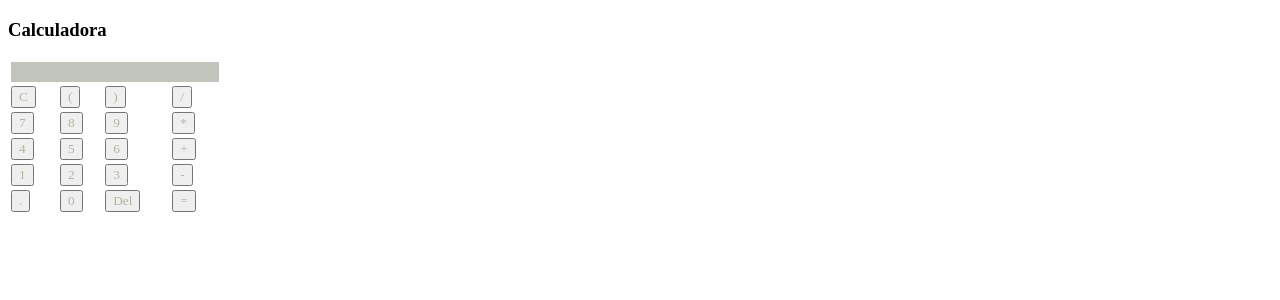
Repository: ServerK001/CalcJsVanilha
Page: index.html
An editor plug-in stored every save of this project. The page is shown before and after a run of saves, followed by the edit.
The browser window is 1280 px wide. The pictures show the whole page.
Some web fonts or font styles are not loaded; a fallback is used.

Above is the page before, as saved 2022-02-14 08:38:21.

### index.html
<!DOCTYPE html>
<html lang="pt-br">
<head>
    <meta charset="UTF-8">
    <meta http-equiv="X-UA-Compatible" content="IE=edge">
    <meta name="viewport" content="width=device-width, initial-scale=1.0">
    <script src="index.js" ></script>
    <link rel="stylesheet" href="style.css">
    <link href="//db.onlinewebfonts.com/c/bbfde24114f6f7cc0f421651e88bbca7?family=Unibody+8" rel="stylesheet" type="text/css"/>

    <title>Calculadora</title>
</head>
<body>

        <section class="conteiner">
            <h3>Calculadora</h3>

            <table class="calculadora">
                <tr>
                    <td colspan="4"><input type="text" class="display"></td>
                </tr>

                <tr>
                    <td><button class="btn btn-clear">C</button></td>
                    <td><button class="btn btn-num">(</button></td>
                    <td><button class="btn btn-num">)</button></td>
                    <td><button class="btn btn-num">/</button></td>
                </tr>

                <tr>
                    <td><button class="btn btn-num">7</button></td>
                    <td><button class="btn btn-num">8</button></td>
                    <td><button class="btn btn-num">9</button></td>
                    <td><button class="btn btn-num">*</button></td>
                </tr>
                <tr>
                    <td><button class="btn btn-num">4</button></td>
                    <td><button class="btn btn-num">5</button></td>
                    <td><button class="btn btn-num">6</button></td>
                    <td><button class="btn btn-num">+</button></td>
                </tr>
                <tr>
                    <td><button class="btn btn-num">1</button></td>
                    <td><button class="btn btn-num">2</button></td>
                    <td><button class="btn btn-num">3</button></td>
                    <td><button class="btn btn-num">-</button></td>
                </tr>
                <tr>
                    <td><button class="btn btn-num">.</button></td>
                    <td><button class="btn btn-num">0</button></td>
                    <td><button class="btn btn-del">Del</button></td>
                    <td><button class="btn btn-num">=</button></td>
                </tr>

            </table>

        </section>

</body>
</html>

### index.js
console.log('Olá mundo')

### style.css
:root{
    --btn: #b6b49f;
    --font-display:#435338;
    --displayBG:#c0c5bd;

    --bgCalc:#6c673f;


}

.display{
    font-size: 1rem;
    width: 100%;
    text-align: right;
    font-family: "Unibody 8";
    color: var(--font-display);
    background-color: var(--displayBG);

        border: none;
}

.btn{
    font-family: "Unibody 8";
    color:var(--btn)
}
.calculadora{
    background-color: var();
}

After the next 2 saves:
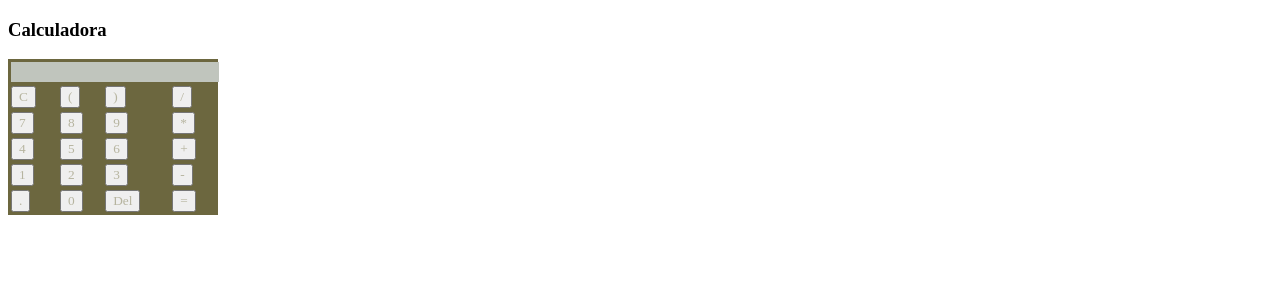
The 2 saves are shown as one change because they came seconds apart.
The last was saved 6 s later.
--- a/style.css
+++ b/style.css
@@ -24,5 +24,5 @@
     color:var(--btn)
 }
 .calculadora{
-    background-color: var();
+    background-color: var(--bgCalc);
 }
